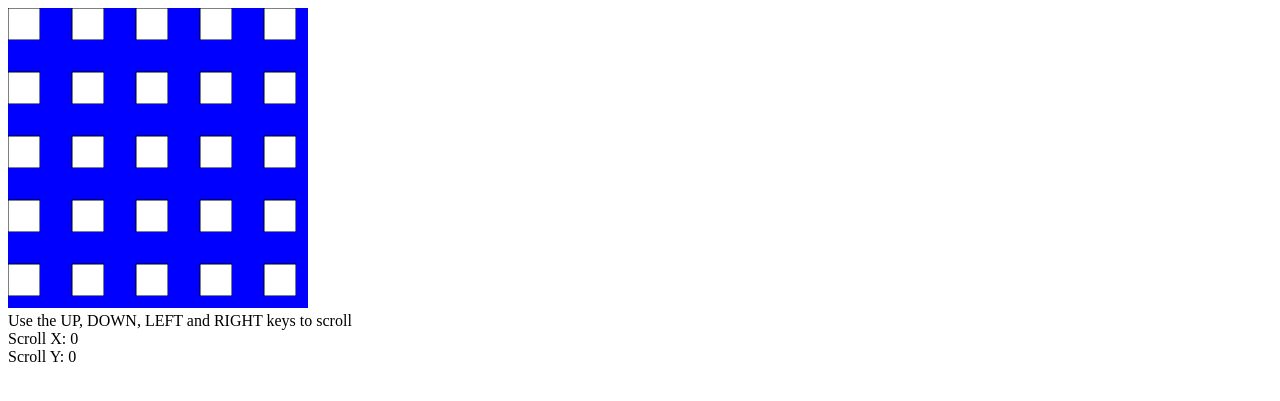
Repository: mydesignbuddy/IsoGame
Page: simpleGrid.html
The author's editor kept a record of every edit. The page is drawn from the files as they stood at one moment, then again after the next edit.
The browser window is 1280 px wide. The pictures show the whole page.

Above is the page before.

After the next edit:
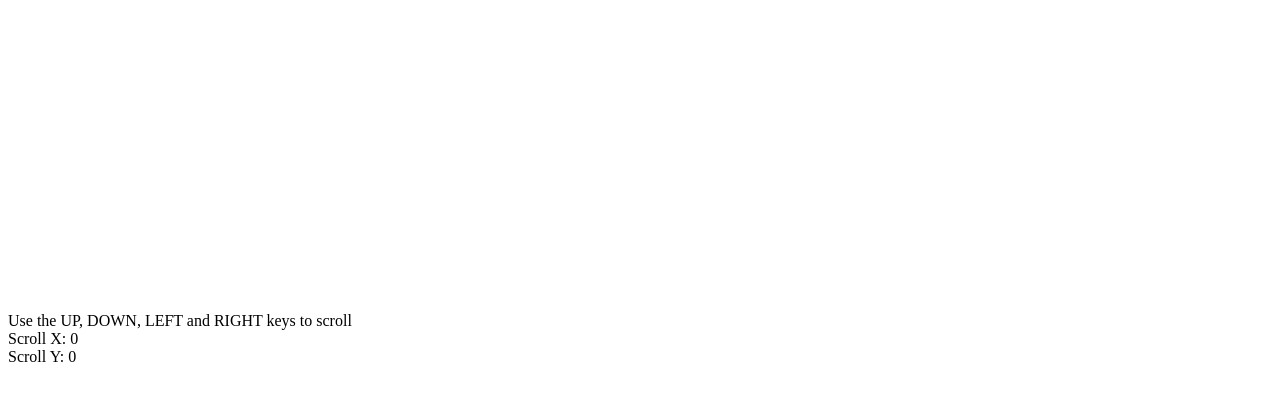
Console error: SyntaxError: Invalid or unexpected token
The edit:
--- a/simpleGrid.html
+++ b/simpleGrid.html
@@ -89,7 +89,8 @@
               tilePositionX -= scroll.x;
               tilePositionY -= scroll.y;
 
-              if (tileMap[row][col] == 0) {
+                c.strokeRect(tilePositionX, tilePositionY, tile.width, tile.height);
+              /*if (tileMap[row][col] == 0) {
                   c.fillStyle = '#FF0000';
                 c.strokeRect(tilePositionX, tilePositionY, tile.width, tile.height);
               } else {

After the edit that followed:
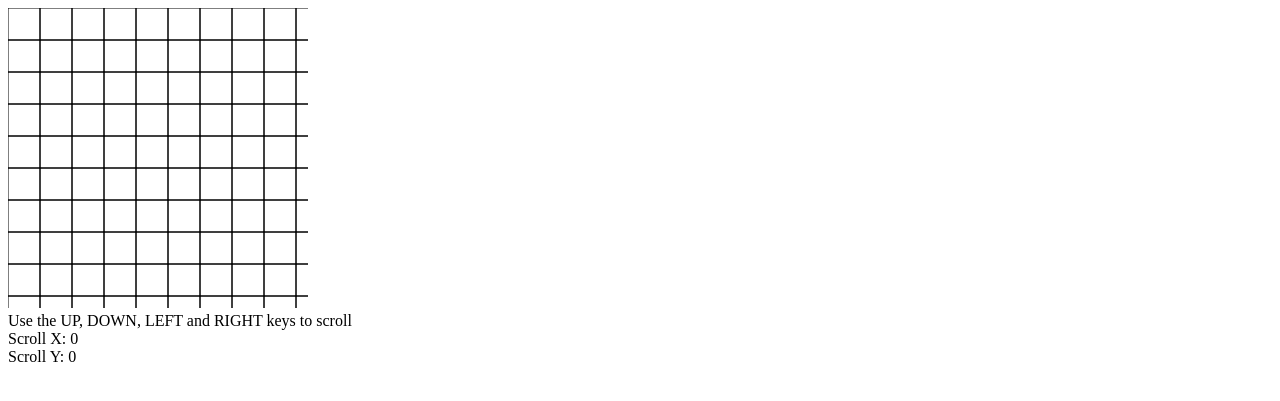
The error is gone.
The edit:
--- a/simpleGrid.html
+++ b/simpleGrid.html
@@ -96,7 +96,7 @@
               } else {
                   c.fillStyle = '#0000FF';
                 c.fillRect(tilePositionX, tilePositionY, tile.width, tile.height);
-              }
+              }*/
             }
           }
 
